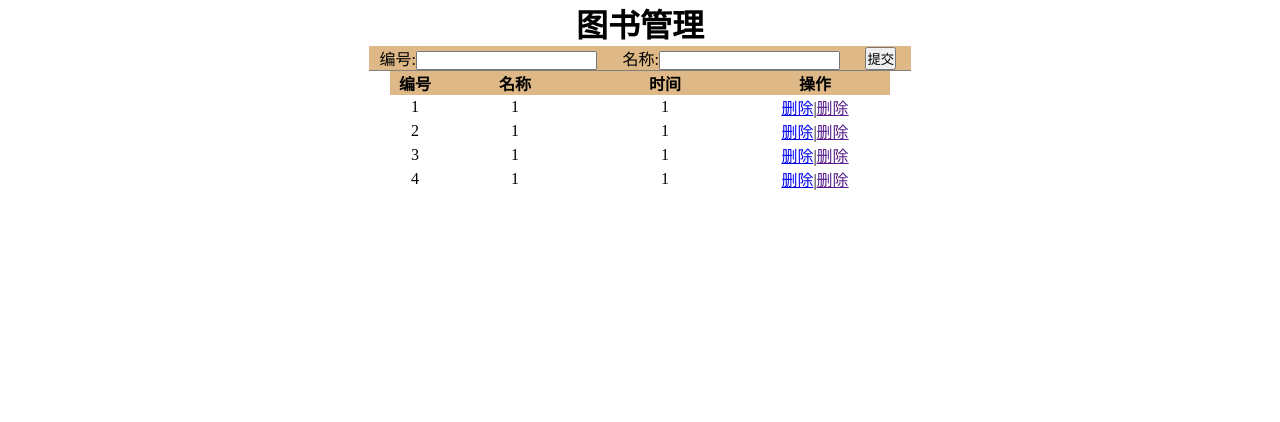
Repository: chenguocan/Vue_demo_1
Page: vue_demo_03/图书管理.html
These files come from the project's save history. The page is drawn as it stood at one moment and after the next save; the edit follows.
The browser window is 1280 px wide. The pictures show the whole page.

Above is the page before, as saved 2020-07-22 09:42:18.

### vue_demo_03/图书管理.html
<!DOCTYPE html>
<html lang="en">
  <head>
    <meta charset="UTF-8" />
    <meta name="viewport" content="width=device-width, initial-scale=1.0" />
    <title>Document</title>
    <style>
      * {
        margin: 0;
        padding: 0;
        box-sizing: border-box;
      }
      .book {
        text-align: center;
      }
      .user {
        display: flex;
        justify-content: center;
      }
      .user table {
        border-bottom: 1px solid gray;
      }
      table {
        border-collapse: collapse;
      }
      th {
        background-color: burlywood;
      }
      .user td {
        padding: 0 15px 0 10.5px;
        background-color: burlywood;
      }
      td {
        border-collapse: collapse;
      }
      .bookmsg {
        display: flex;
        justify-content: center;
      }
    </style>
  </head>
  <body>
    <div id="app">
      <div class="book">
        <h1>图书管理</h1>
        <div class="user">
          <table>
            <tr>
              <td>编号:<input type="text" name="id" /></td>
              <td>名称:<input type="text" name="bookname" /></td>
              <td><button>提交</button></td>
            </tr>
          </table>
        </div>
        <div class="bookmsg">
          <table>
            <thead>
              <tr>
                <th width="50">编号</th>
                <th width="150">名称</th>
                <th width="150">时间</th>
                <th width="150">操作</th>
              </tr>
            </thead>
            <tbody>
              <tr v-for="(item,index) in book">
                <td>{{item.id}}</td>
                <td>1</td>
                <td>1</td>
                <td><a href="#">删除</a>|<a href="">删除</a></td>
              </tr>
            </tbody>
          </table>
        </div>
      </div>
    </div>
  </body>
  <script src="./js/vue.js"></script>
  <script>
    let app = new Vue({
      el: "#app",
      data: {
        book: [
          {
            id: 1,
            bookname: "三国演义",
            date: new Date(),
          },
          {
            id: 2,
            bookname: "水浒传",
            date: new Date(),
          },
          {
            id: 3,
            bookname: "红楼梦",
            date: new Date(),
          },
          {
            id: 4,
            bookname: "西游记",
            date: new Date(),
          },
        ],
      },
    });
  </script>
</html>

Loaded but not shown: vue_demo_03/js/vue.js (library)

After the next save:
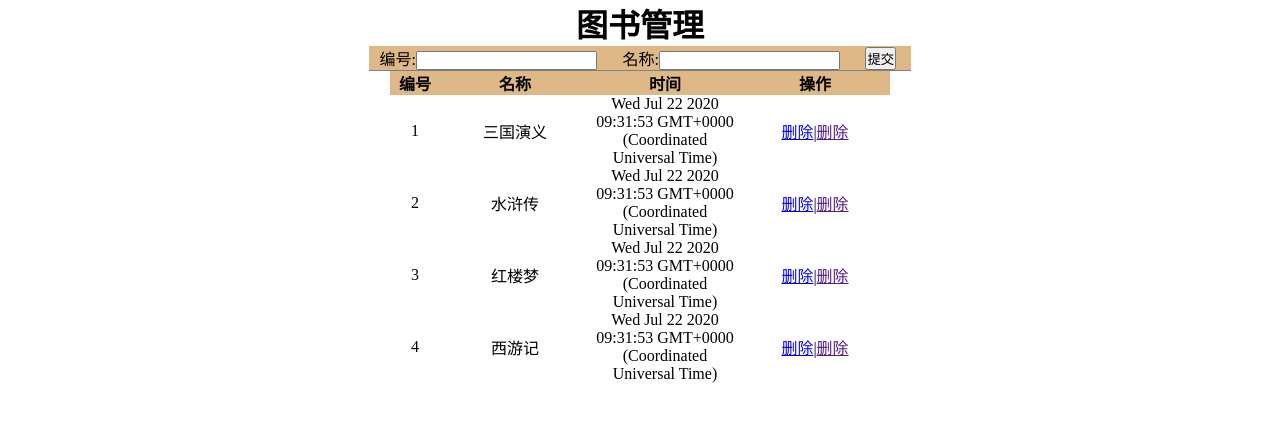
Saved 28 s later.
--- a/vue_demo_03/图书管理.html
+++ b/vue_demo_03/图书管理.html
@@ -65,8 +65,8 @@
             <tbody>
               <tr v-for="(item,index) in book">
                 <td>{{item.id}}</td>
-                <td>1</td>
-                <td>1</td>
+                <td>{{item.bookname}}</td>
+                <td>{{item.date}}</td>
                 <td><a href="#">删除</a>|<a href="">删除</a></td>
               </tr>
             </tbody>
